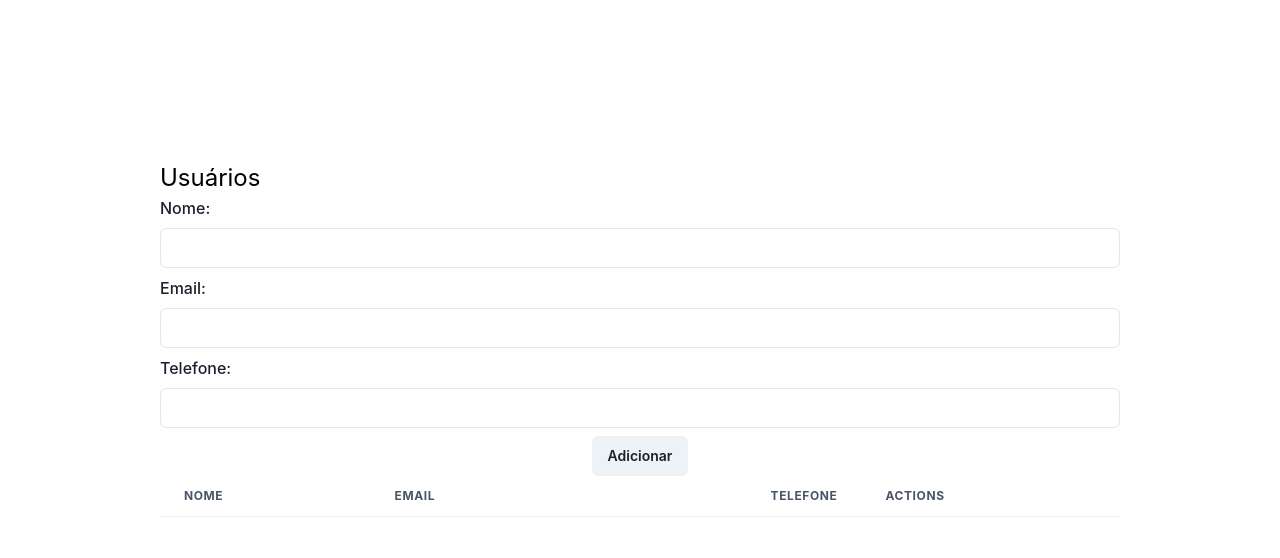
Repository: renan-oliveira93/CRUD-ATERRA
Page: /
These files come from the project's save history. The page is drawn as it stood at one moment and after the next save; the edit follows.
The browser window is 1280 px wide. The pictures show the whole page.
The page's requests for data from a server got no answer. The project was rebuilt for these pictures with package versions that can differ from the ones it lists, and the page was loaded fresh each time. The framework's server and built-in components were replaced by stand-ins that run in the browser. No one was signed in, and anything a server would have sent is missing. Also part of the build but not shown: next.config.js.

Above is the page before, as saved 2022-02-02 11:23:04.

After the next save:
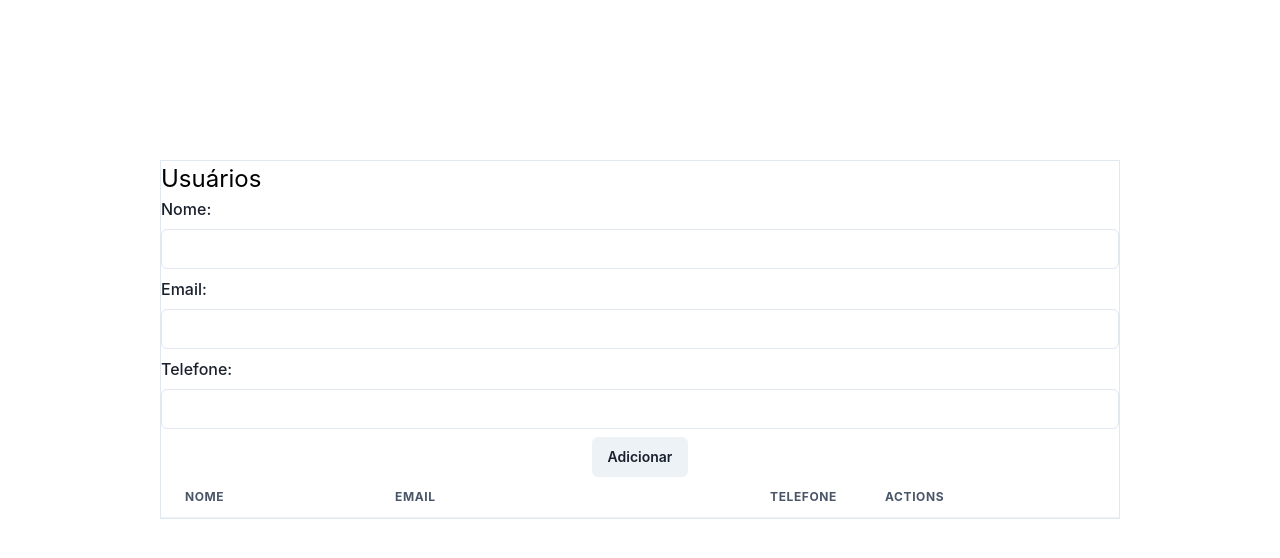
Saved 5 min 55 s later.
--- a/pages/index.js
+++ b/pages/index.js
@@ -111,7 +111,7 @@
   }
 
   return (
-    <Box margin='10rem'>
+    <Box margin='10rem' border='1px' borderColor='gray.200'>
 
       <Flex color='white' justifyContent='space-between' >
           <Text color='black' fontSize='2xl'>Usuários</Text>

After the save that followed:
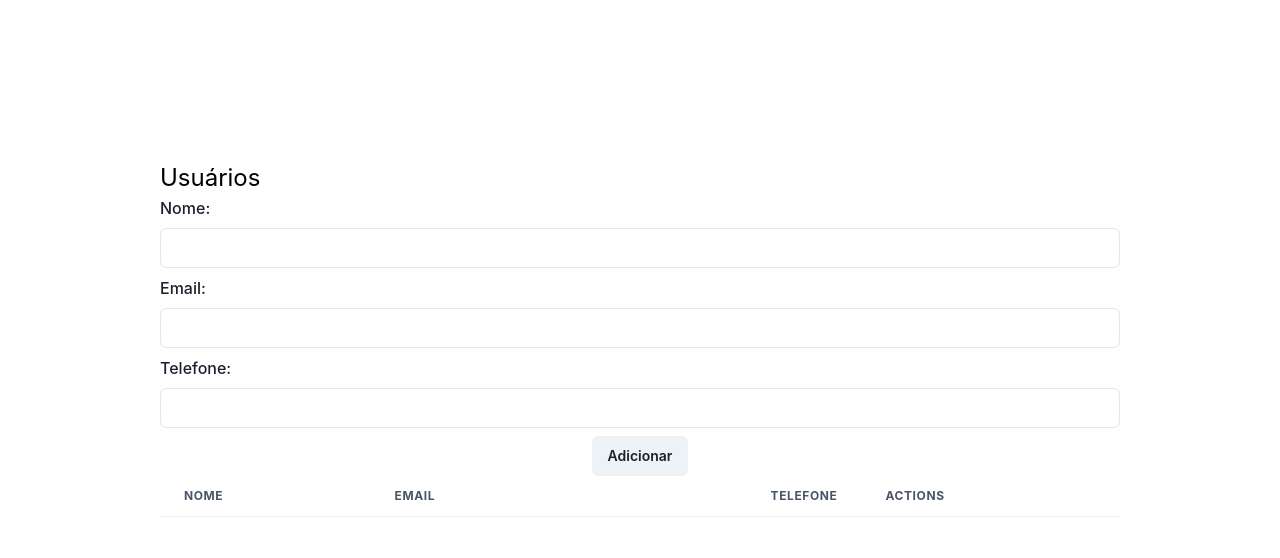
Saved 20 s later.
--- a/pages/index.js
+++ b/pages/index.js
@@ -111,7 +111,7 @@
   }
 
   return (
-    <Box margin='10rem' border='1px' borderColor='gray.200'>
+    <Box margin='10rem' border='5px' borderColor='gray.200'>
 
       <Flex color='white' justifyContent='space-between' >
           <Text color='black' fontSize='2xl'>Usuários</Text>
